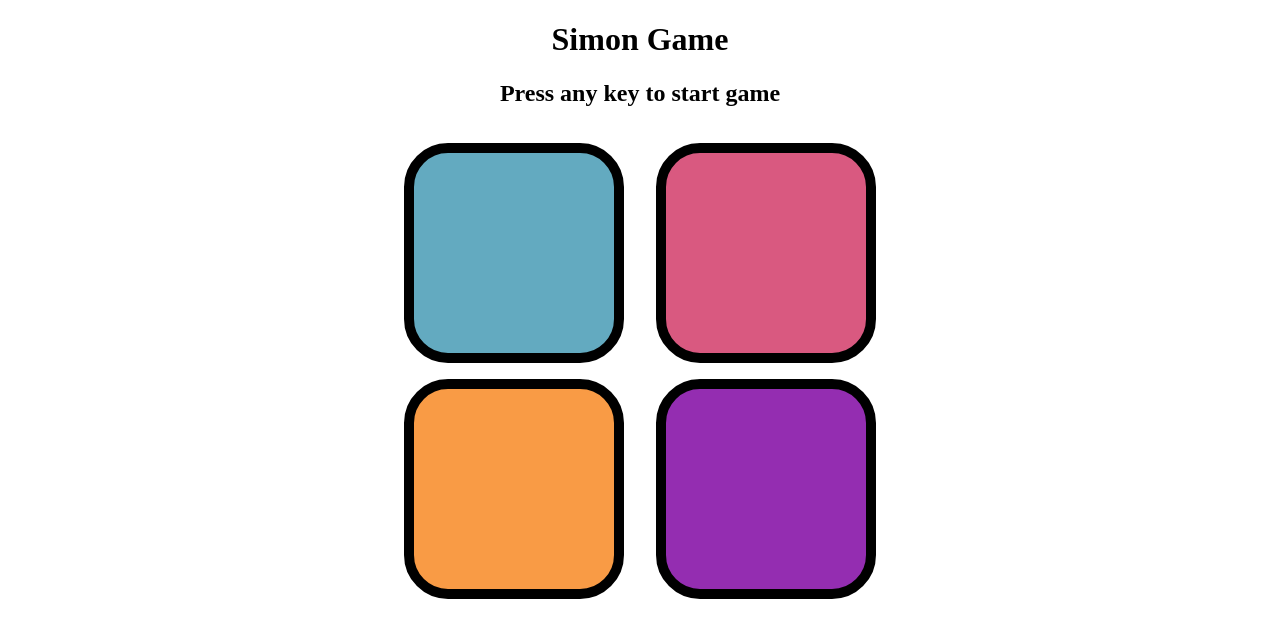
Repository: Ruchii02/javascript-mini-project
Page: index.html
An editor plug-in stored every save of this project. The page is shown before and after the next save, followed by the edit.
The browser window is 1280 px wide. The pictures show the whole page.
After loading, the first visible `#green` was clicked once.

Above is the page before, as saved 2024-07-02 10:59:05.

After the next save:
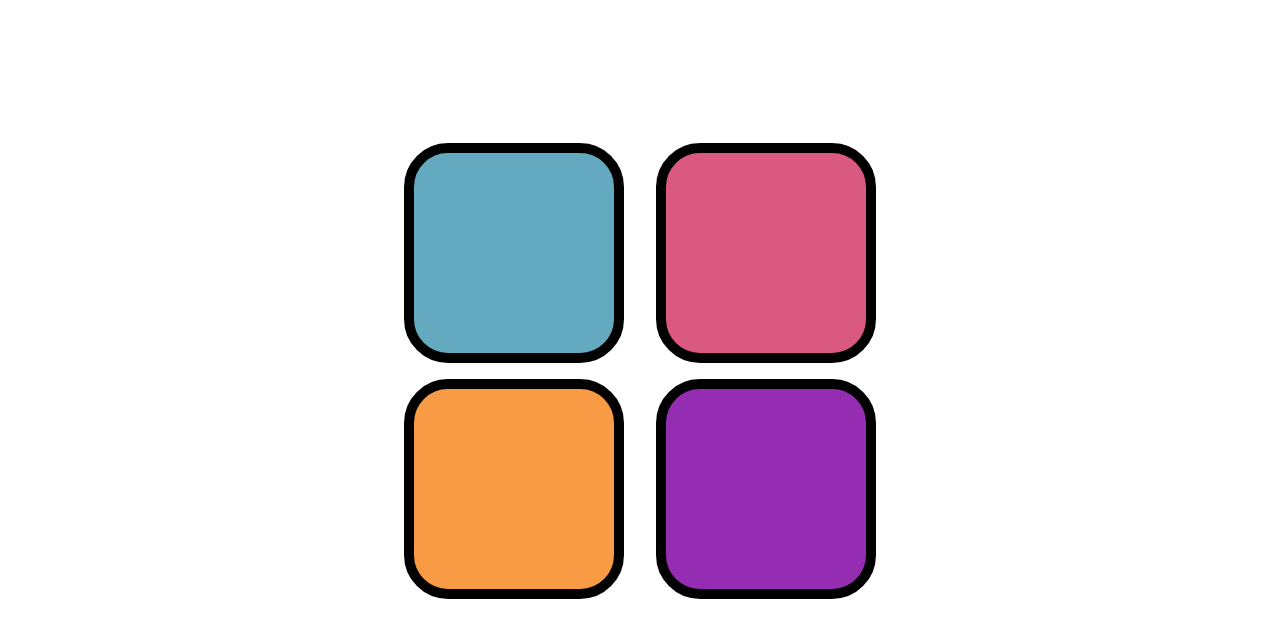
Saved 4 min 28 s later.
--- a/app.js
+++ b/app.js
@@ -46,14 +46,16 @@
     }
 
     function checkAns( idx ){
-      //let idx = level-1;
-
       if(userSeq[idx] === gameSeq[idx]){
        if(userSeq.length == gameSeq.length){
        setTimeout(levelup,1000);
        }
       }else{
         h2.innerHtml = `Game Over! Your score was <b> ${level}</b> <br> Press any key to restart`;
+        document.querySelector("body").style.color = "red";
+        setTimeout(function(){
+          document.querySelector("body").style.color = "white";
+        } , 150)
         reset();
       }
     }

After the save that followed:
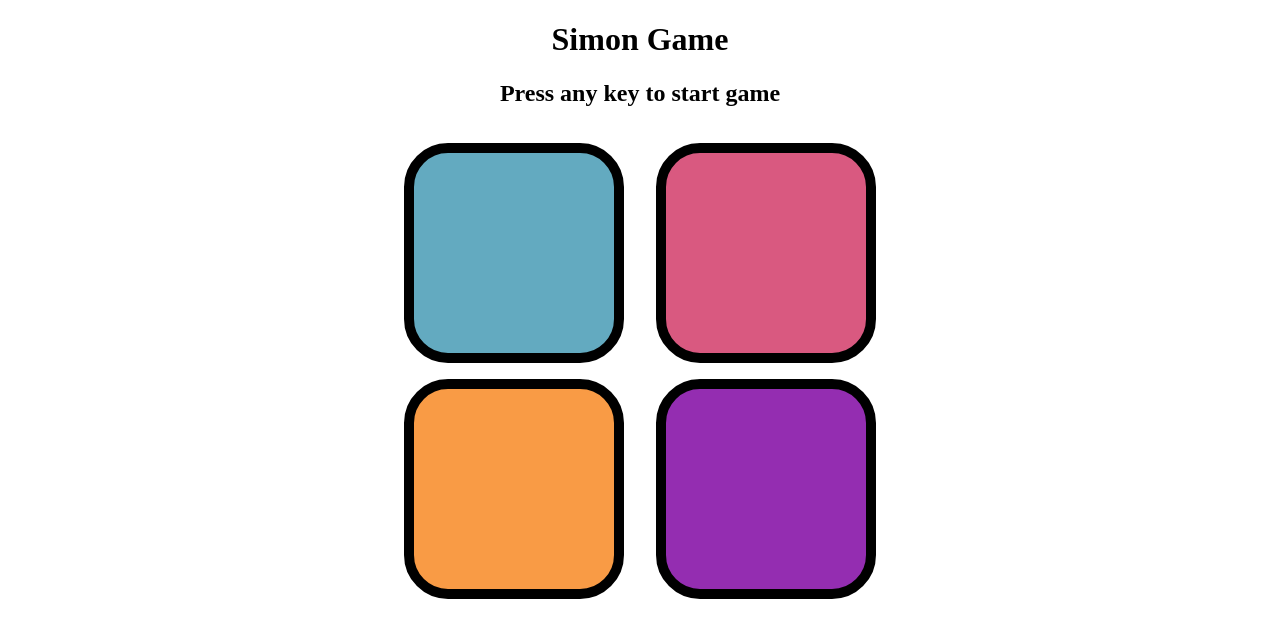
Saved 49 s later.
--- a/app.js
+++ b/app.js
@@ -52,9 +52,9 @@
        }
       }else{
         h2.innerHtml = `Game Over! Your score was <b> ${level}</b> <br> Press any key to restart`;
-        document.querySelector("body").style.color = "red";
+        document.querySelector("body").style.backgroundColor = "red";
         setTimeout(function(){
-          document.querySelector("body").style.color = "white";
+          document.querySelector("body").style.backgroundColor = "white";
         } , 150)
         reset();
       }
